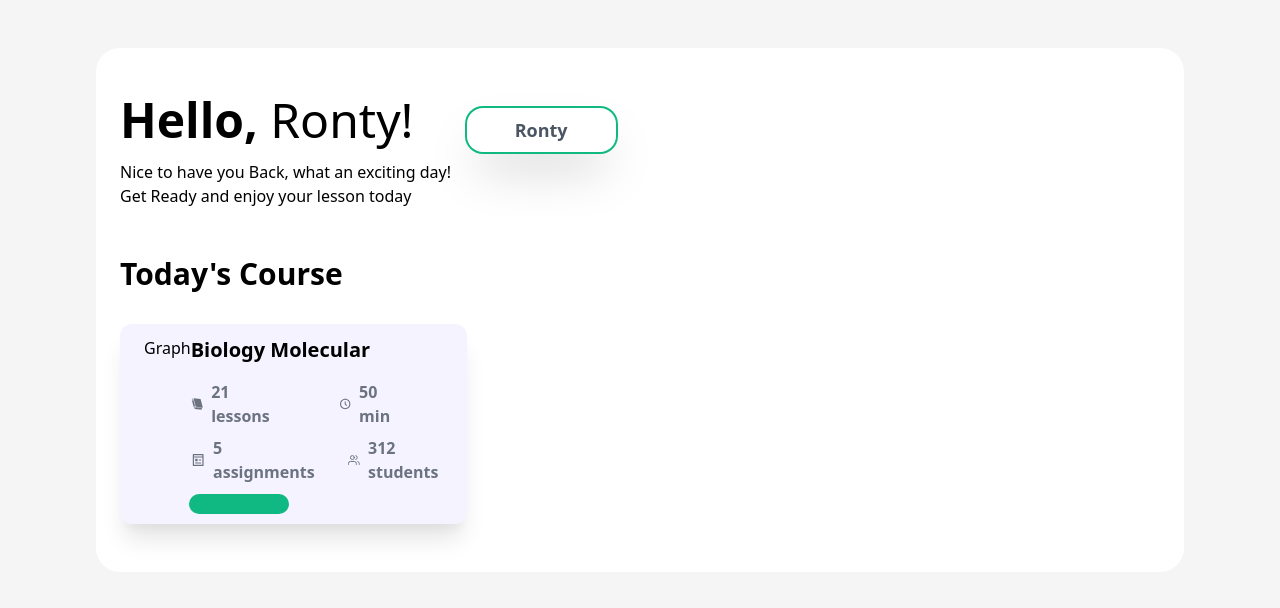
Repository: coolronts/Vite-Tailwind
Page: /
An editor plug-in stored every save of this project. The page is shown before and after the next save, followed by the edit.
The browser window is 1280 px wide. The pictures show the whole page.
The project was rebuilt for these pictures with package versions that can differ from the ones it lists, and the page was loaded fresh each time. Also part of the build but not shown: vite.config.js.

Above is the page before, as saved 2021-11-26 07:47:52.

After the next save:
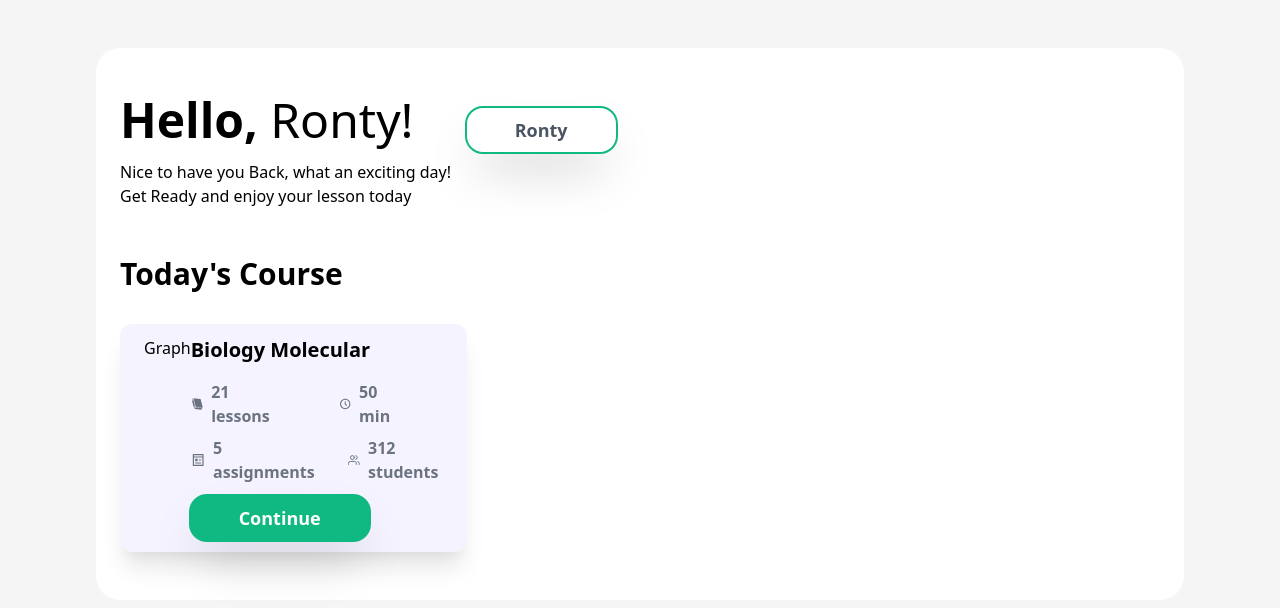
Saved 22 s later.
--- a/src/Section/Course/index.jsx
+++ b/src/Section/Course/index.jsx
@@ -25,7 +25,7 @@ export default function Course() {
           </div>
         </div>
         <div className="flex">
-          <PrimaryButton/>
+          <PrimaryButton name="Continue"/>
         </div>
       </div>
     </SplitScreen>
